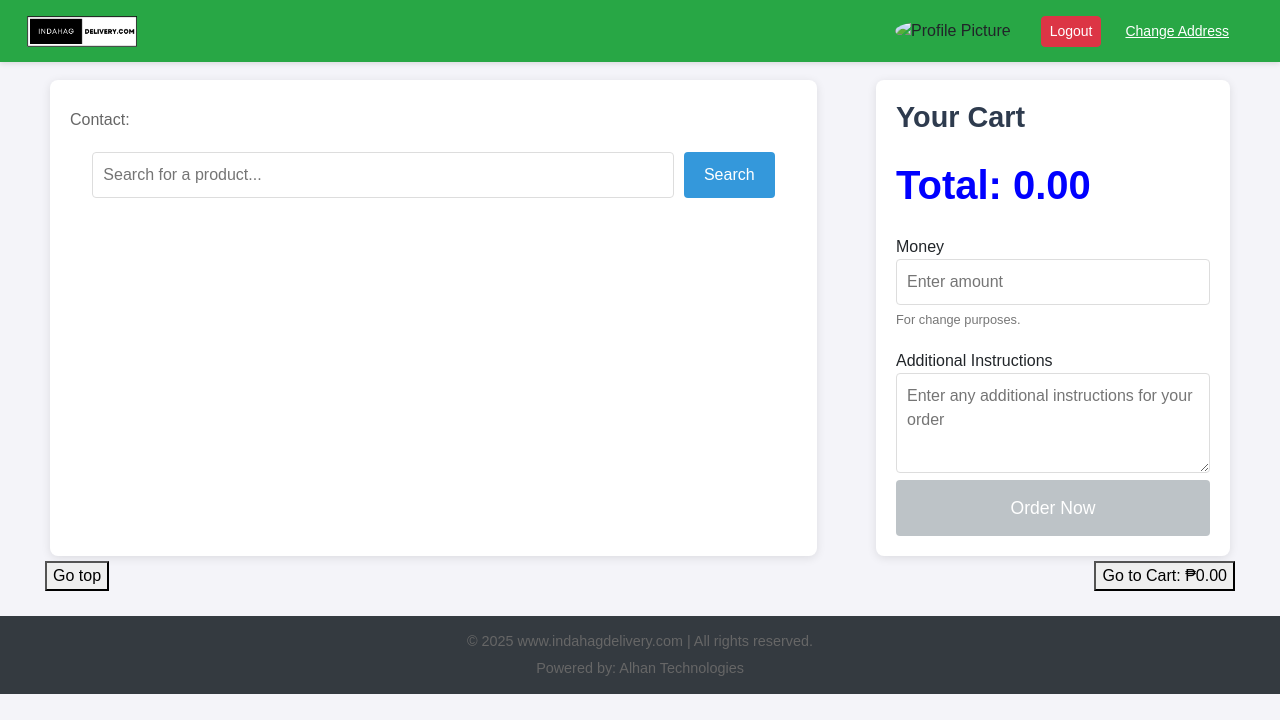
Repository: Jijiluzana225/indahagdelivery.com
Page: store/templates/store/store_products.html
An editor plug-in stored every save of this project. The page is shown before and after the next save, followed by the edit.
The browser window is 1280 px wide. The pictures show the whole page.
The template is drawn by Django 5.2. The application's start-up code is not run. The template is opened directly, without the code that normally fills it, so the values that code supplies are empty.

Above is the page before, as saved 2025-01-23 12:40:57.

After the next save:
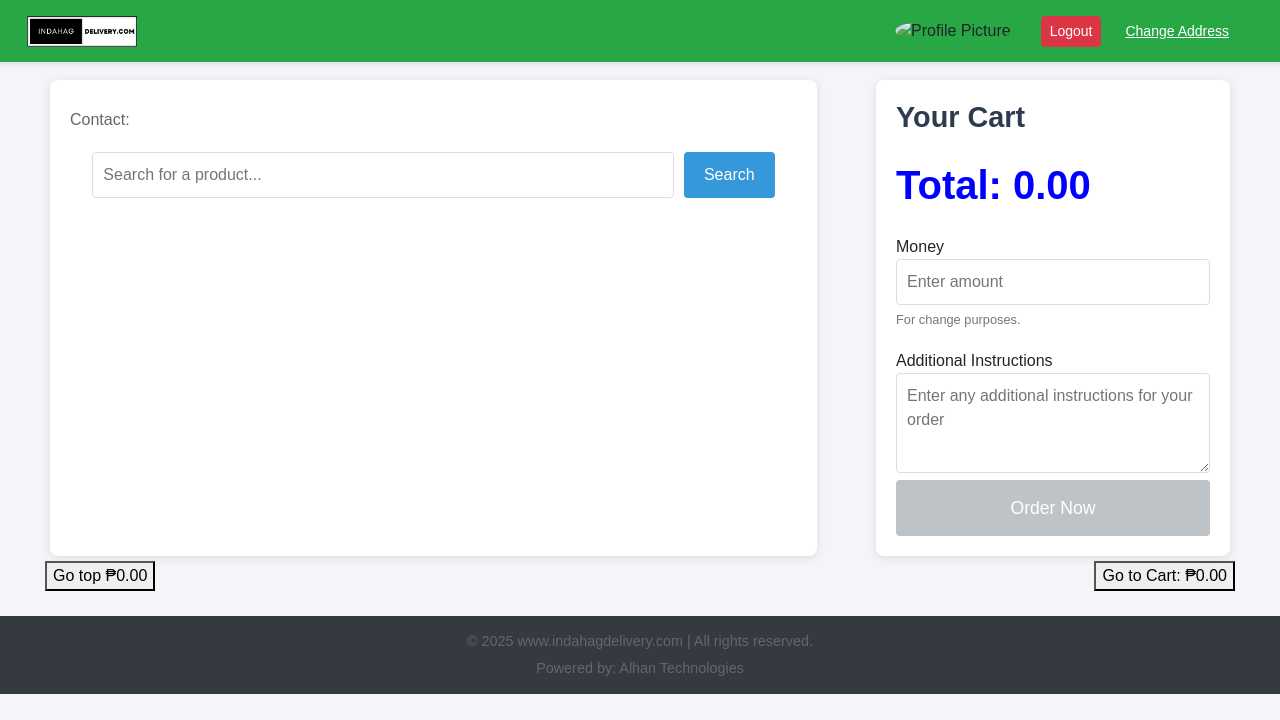
Saved 62 s later.
--- a/store/templates/store/store_products.html
+++ b/store/templates/store/store_products.html
@@ -447,7 +447,7 @@
 </div>
 
 <div class="go-to-top">
-    <button onclick="scrollToCart()">Go top</button>
+    <button onclick="scrollToCart()">Go top <span id="go-to-cart-total">₱0.00</span></button>
 </div>
 
 <div class="go-to-cart">

After the save that followed:
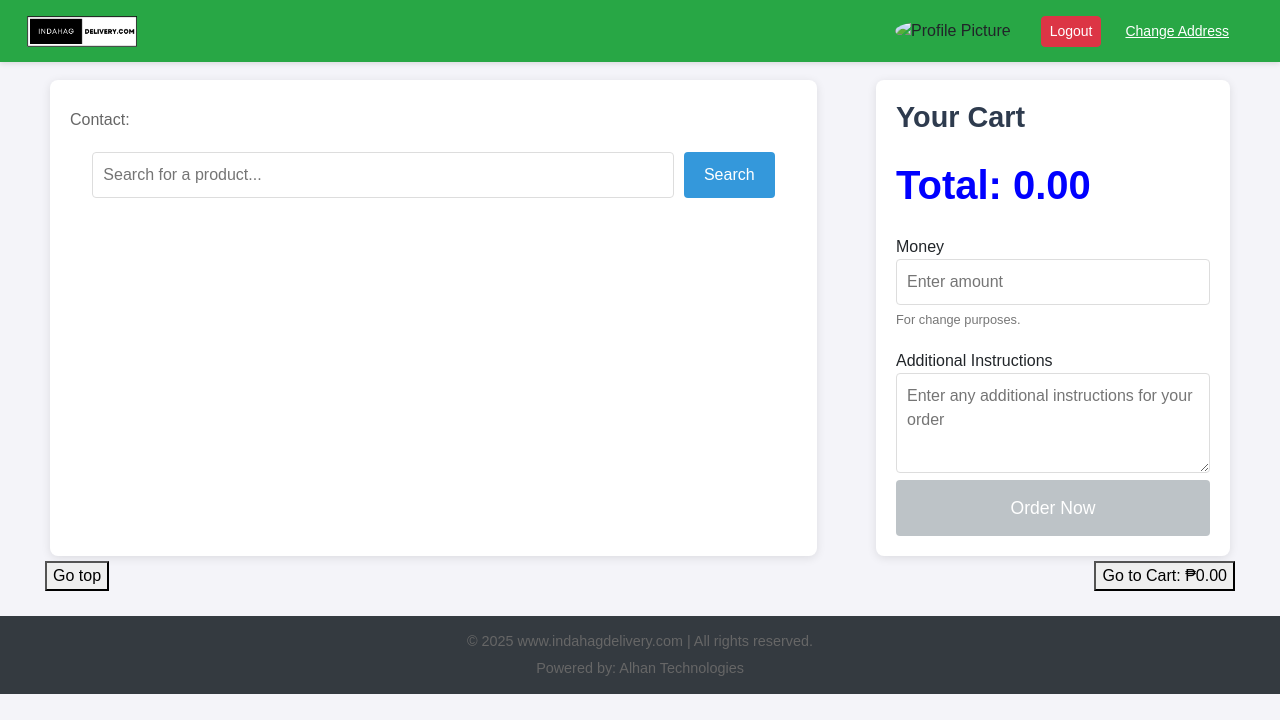
Saved 106 s later.
--- a/store/templates/store/store_products.html
+++ b/store/templates/store/store_products.html
@@ -447,7 +447,7 @@
 </div>
 
 <div class="go-to-top">
-    <button onclick="scrollToCart()">Go top <span id="go-to-cart-total">₱0.00</span></button>
+    <button onclick="scrollToCart()">Go top <span id="searchBox"></span></button>
 </div>
 
 <div class="go-to-cart">
